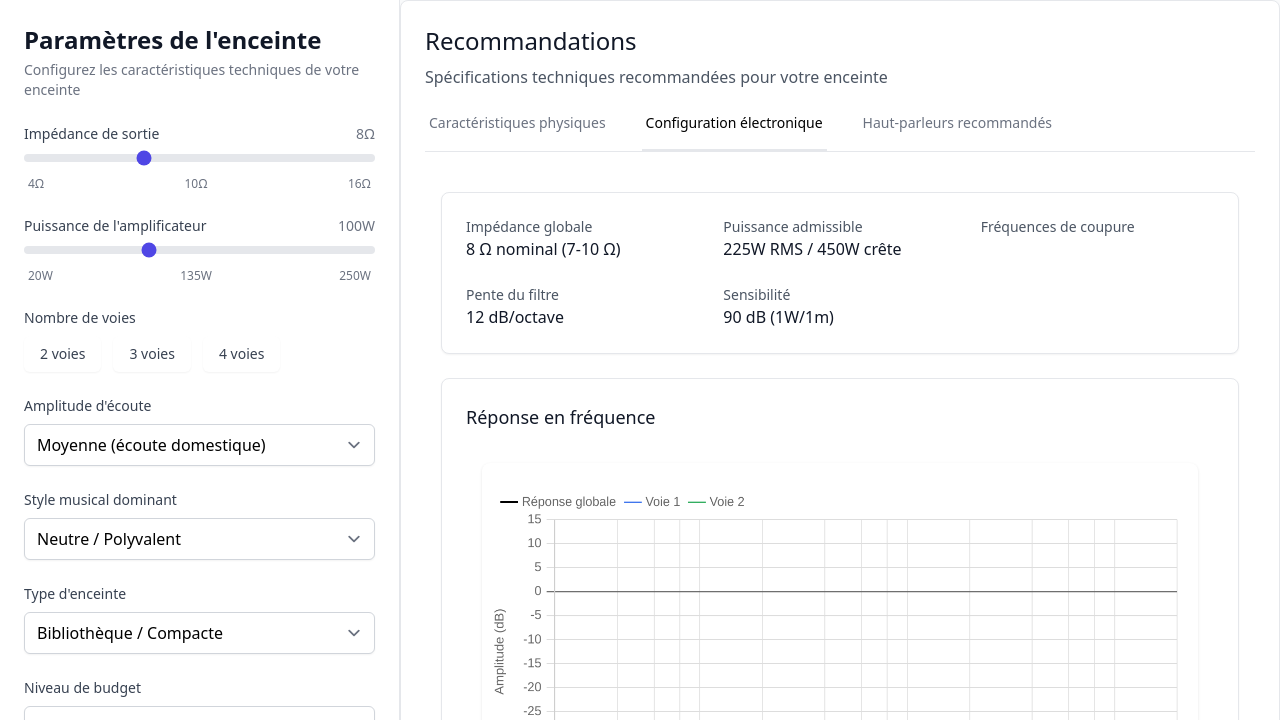
Repository: flobutbut/AcuoTune
Page: /#/, after clicking the first element matching `nav.flex > :nth-child(2)`
The author's editor kept a copy of each file at every save. The page is drawn from the files as they stood at one save, then again after the next save.
The browser window is 1280 px wide. The pictures show the whole page.
An inner scrolling area shows only its first screen. The project was rebuilt for these pictures with package versions that can differ from the ones it lists, and the page was loaded fresh each time. Also part of the build but not shown: vite.config.ts, src/components/configurateur/recommendations/SpeakersTab.vue.

Above is the page before, as saved 2025-02-28 15:02:54.

After the next save:
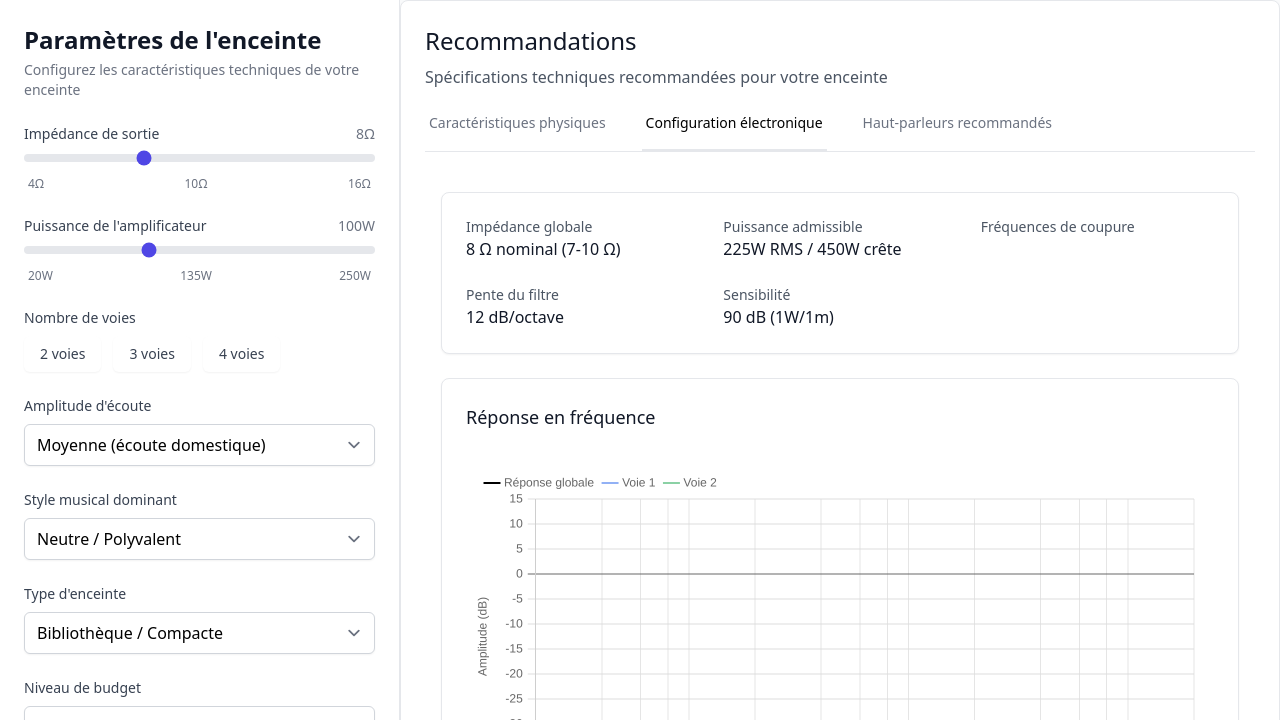
Saved 3 min 41 s later.
--- a/src/components/configurateur/FrequencyResponseChart.vue
+++ b/src/components/configurateur/FrequencyResponseChart.vue
@@ -224,16 +224,13 @@ onUnmounted(() => {
 <style scoped>
 .frequency-response-container {
   width: 100%;
-  padding: 1rem;
 }
 
 .frequency-response-chart {
   background-color: white;
   border-radius: 0.5rem;
-  box-shadow: 0 1px 3px rgba(0, 0, 0, 0.1);
   height: 400px;
   position: relative;
-  padding: 1rem;
 }
 
 canvas {
